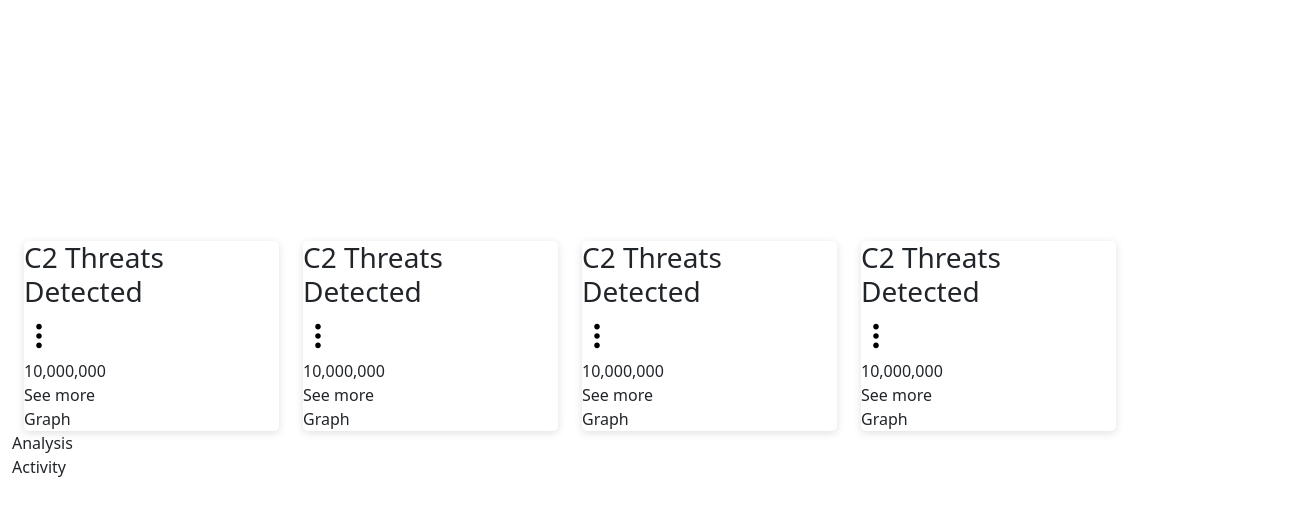
Repository: badhon252/dashboard
Page: /
The author's editor kept a copy of each file at every save. The page is drawn from the files as they stood at one save, then again after the next save.
The browser window is 1280 px wide. The page is 1280 px wide, then 1292 px, then 1280 px, so the pictures cover 1292 px, including what lies to the right of the window. The pictures show the whole page.
The project was rebuilt for these pictures with package versions that can differ from the ones it lists, and the page was loaded fresh each time. Also part of the build but not shown: vite.config.js.

Above is the page before, as saved 2023-01-27 01:01:54.

### index.html
<!DOCTYPE html>
<html lang="en">

<head>
    <meta charset="UTF-8" />
    <link rel="icon" type="image/svg+xml" href="/vite.svg" />
    <meta name="viewport" content="width=device-width, initial-scale=1.0" />
    <!-- bootsrap cdn  -->
    <link rel="stylesheet" href="https://cdn.jsdelivr.net/npm/bootstrap@5.2.3/dist/css/bootstrap.min.css">
    <title>DashBoard</title>
</head>

<body>
    <div id="root"></div>
    <script type="module" src="/src/index.jsx"></script>
    <!-- bootsrap cdn  -->
    <script type="module" src="https://cdn.jsdelivr.net/npm/bootstrap@5.2.3/dist/js/bootstrap.bundle.min.js"></script>
</body>

</html>

### src/App.jsx
import './App.css'
import Activity from './Components/Activity/Activity'
import Analysis from './Components/Analysis/Analysis'
import Status from './Components/Status/Status'

function App() {

  return (
    <div className="container">
      <Status/>
      <Analysis/>
      <Activity/>
    </div>
  )
}

export default App

### src/App.css
img {
    width: 30px;
}

### src/Components/Activity/Activity.jsx
import React from 'react';

const Activity = () => {
    return (
        <div>
            Activity
        </div>
    );
}

export default Activity;

### src/Components/Analysis/Analysis.jsx
import React from 'react'

export default function Analysis() {
  return (
    <div>Analysis</div>
  )
}

### src/Components/Status/Status.jsx
import React from 'react'
import StatusCard from './StatusCard'
import "./Status.css"

export default function Status() {
  return (
    <div id="status" className='container'>
      <div className='row' >

        <div className="col-md-3">
            <StatusCard/>
        </div>
        <div className="col-md-3">
            <StatusCard/>
        </div>
        <div className="col-md-3">
            <StatusCard/>
        </div>
        <div className="col-md-3">
            <StatusCard/>
        </div>

      </div>
    </div>
  )
}

### src/Components/Status/StatusCard.jsx
import dotIcon from "../../assets/dot.svg"
import "./Status.css"

export default function StatusCard() {
  return (
      <div className="myCard" >
        <div className="myCard_Head" >
          <h3 className='myCard_title'>C2 Threats Detected</h3>
          <h3 className='myCard_icon'>
            <img src={dotIcon} alt=":" />
          </h3>
        </div>
        <div className="myCard_value">10,000,000</div>
        <div className="myCard_data">
         <div className="link">See more</div>
         <div className="myCard_Graph">Graph</div>
        </div>
      </div>

  )
}

### src/Components/Status/Status.css
#status {
    max-width: 100vw;
}


/* Card css  */

.myCard {
    border-radius: 5px;
    box-shadow: 0 2px 8px rgba(0, 0, 0, 0.127);
    cursor: pointer;
    transition: all 0.3s ease-in-out;
    width: 100%;
}

.myCard-title {
    font-size: 1rem;
    font-weight: bold;
    margin: 0.5rem 0;
}

Loaded but not shown: src/index.jsx (common file); src/index.css (common file)

After the next save:
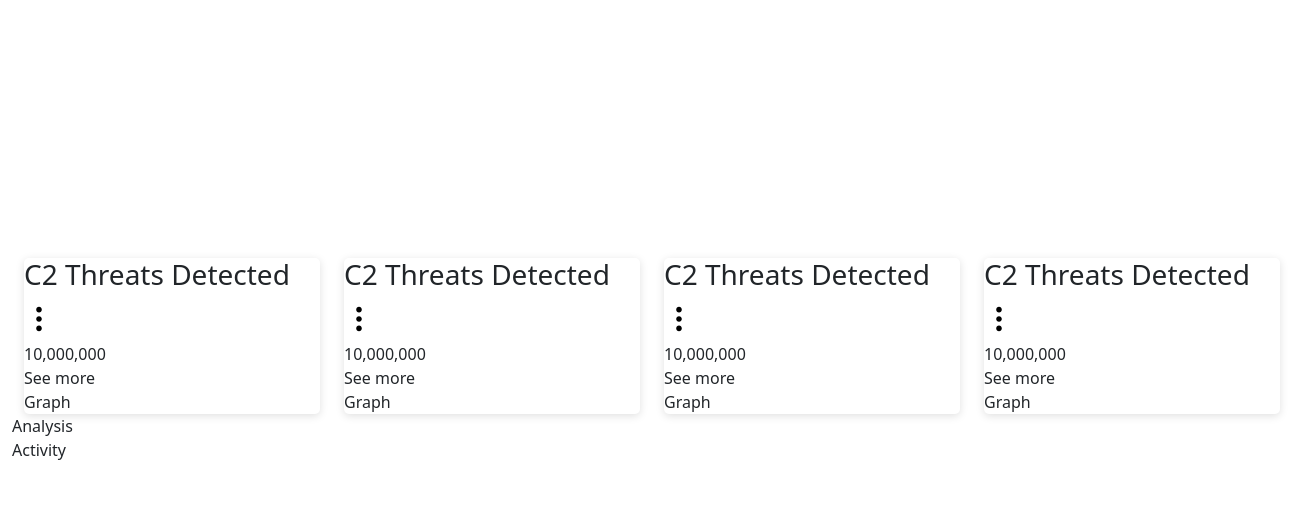
Saved 5 s later.
--- a/src/Components/Status/Status.css
+++ b/src/Components/Status/Status.css
@@ -1,5 +1,5 @@
 #status {
-    max-width: 100vw;
+    min-width: 100vw;
 }
 
 

After the 2 saves that followed:
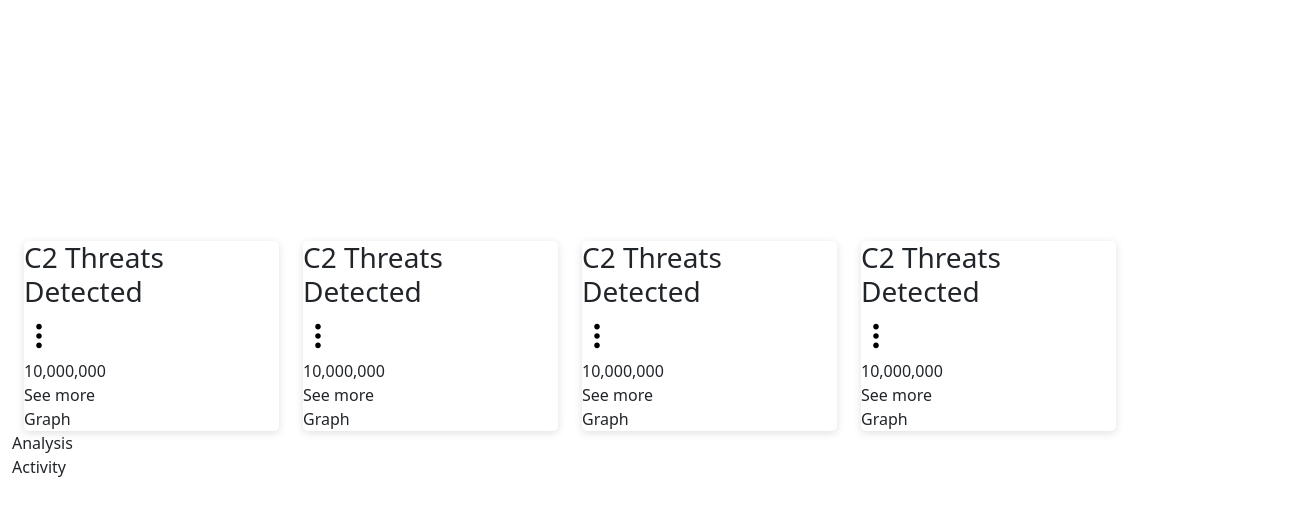
The 2 saves are shown as one change because 1 left the picture as it was.
The last was saved 89 s later.
--- a/index.html
+++ b/index.html
@@ -12,6 +12,7 @@
 
 <body>
     <div id="root"></div>
+
     <script type="module" src="/src/index.jsx"></script>
     <!-- bootsrap cdn  -->
     <script type="module" src="https://cdn.jsdelivr.net/npm/bootstrap@5.2.3/dist/js/bootstrap.bundle.min.js"></script>
--- a/src/Components/Status/Status.css
+++ b/src/Components/Status/Status.css
@@ -1,6 +1,4 @@
-#status {
-    min-width: 100vw;
-}
+#status {}
 
 
 /* Card css  */
